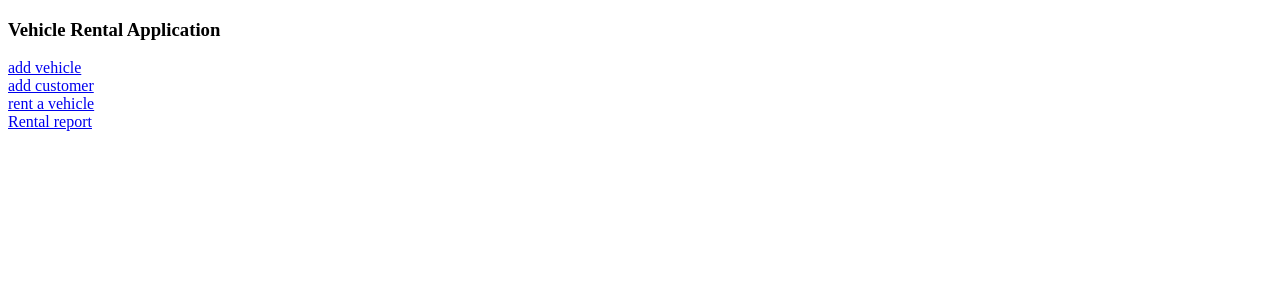
Repository: KritiDangi/JavaEEfullStack
Page: http://localhost/VehicleRental/
These files come from the project's save history. The page is drawn as it stood at one moment and after the next save; the edit follows.
The browser window is 1280 px wide. The pictures show the whole page.
The page is served by Tomcat 9. Other server files are loaded and not shown.

Above is the page before, as saved 2018-07-27 07:25:55.

### eclipse-workspace/VehicleRental/src/main/webapp/index.jsp
<%@ page language="java" contentType="text/html; charset=ISO-8859-1"
    pageEncoding="ISO-8859-1"%>
<!DOCTYPE html PUBLIC "-//W3C//DTD HTML 4.01 Transitional//EN" "http://www.w3.org/TR/html4/loose.dtd">
<html>
<head>
<meta http-equiv="Content-Type" content="text/html; charset=ISO-8859-1">
<title>Vehicle Rental Application</title>
</head>
<body>
<h3> Vehicle Rental Application</h3>
<div>
	${param.msg}
</div>
<a href="vehicleForm.html">add vehicle</a><br>
<a href="customerForm.html">add customer</a><br>
<a href="rentalForm.do">rent a vehicle</a><br>
<a href="report.do">Rental report</a><br>
</body>
</html>

After the next save:
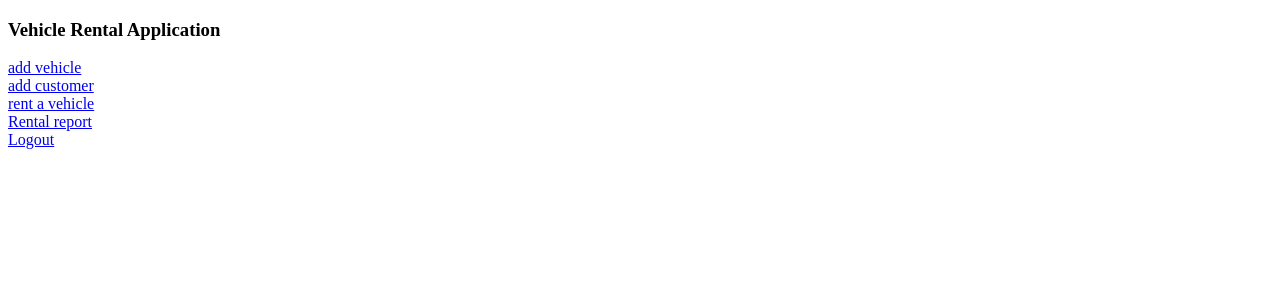
Saved 5 min 44 s later.
--- a/eclipse-workspace/VehicleRental/src/main/webapp/index.jsp
+++ b/eclipse-workspace/VehicleRental/src/main/webapp/index.jsp
@@ -15,5 +15,6 @@
 <a href="customerForm.html">add customer</a><br>
 <a href="rentalForm.do">rent a vehicle</a><br>
 <a href="report.do">Rental report</a><br>
+<a href="logout.do">Logout</a><br>
 </body>
 </html>
